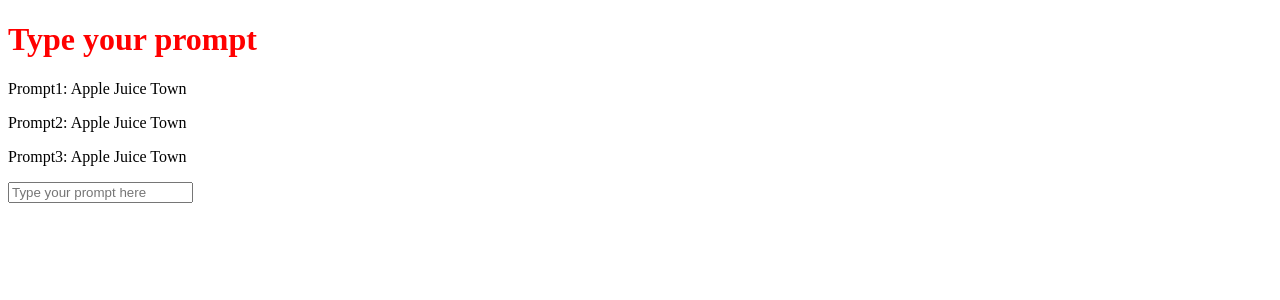
Repository: Appl3Kitti3/PROJECT_4537
Page: ClientSide/index.html
The author's editor kept a copy of each file at every save. The page is drawn from the files as they stood at one save, then again after the next save.
The browser window is 1280 px wide. The pictures show the whole page.

Above is the page before, as saved 2024-10-17 20:49:46.

### ClientSide/index.html
<!DOCTYPE html>
<html>
    <head>
        <title>Client Side</title>
        <style>
            h1 {
                color: red;
            }
        </style>
    </head>
    <body>
        <h1>
            Type your prompt
        </h1>

        <!-- This is the div that maps out the AI's generated prompts as ideas -->
        <div>
            <p>Prompt1: Apple Juice Town</p>
            <p>Prompt2: Apple Juice Town</p>
            <p>Prompt3: Apple Juice Town</p>

        </div>
        <div>
            <form>
                <input type="text" id="prompt" placeholder="Type your prompt here" />
            </form>
        </div>

        <script>

        </script>
    </body>
</html>

After the next save:
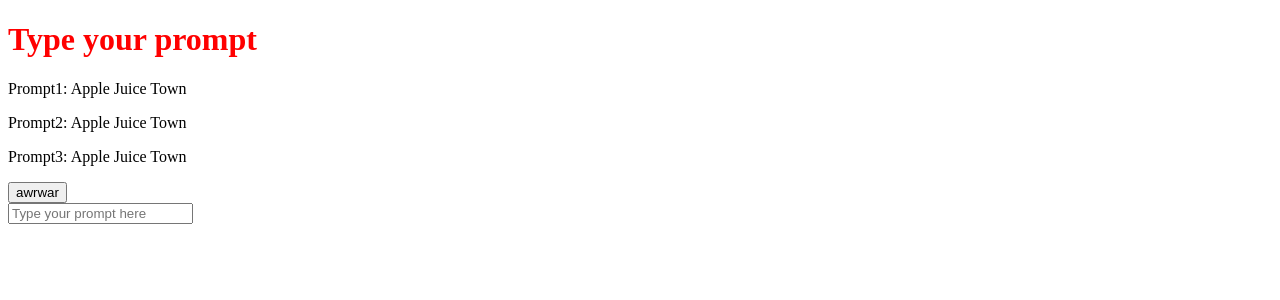
Saved 14 s later.
--- a/ClientSide/index.html
+++ b/ClientSide/index.html
@@ -18,7 +18,7 @@
             <p>Prompt1: Apple Juice Town</p>
             <p>Prompt2: Apple Juice Town</p>
             <p>Prompt3: Apple Juice Town</p>
-
+            <button>awrwar</button>
         </div>
         <div>
             <form>
